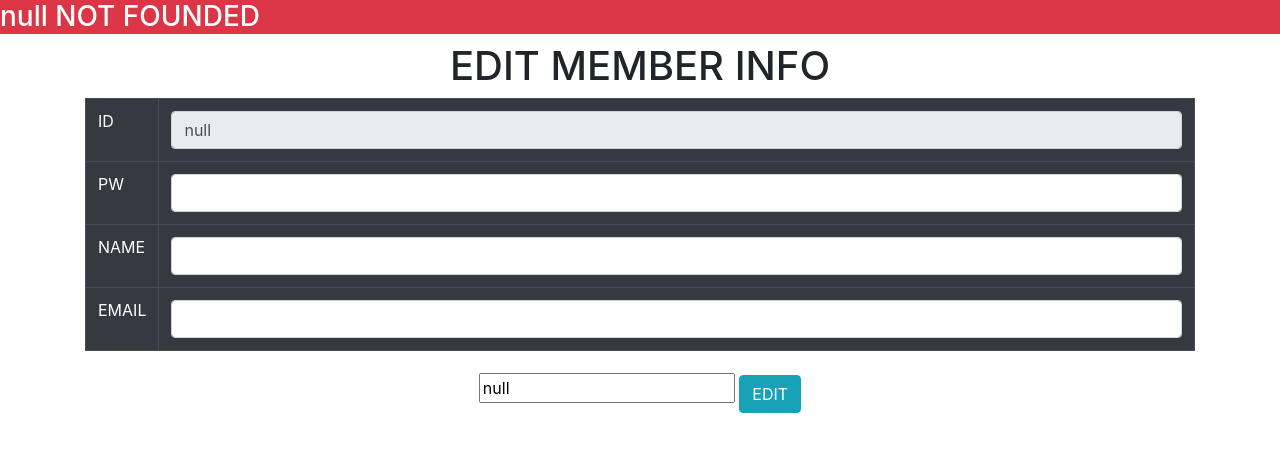
Repository: yeobleeme/06_jsp_basic
Page: http://localhost/jsp02_database/jsp02_updateForm.jsp
The author's editor kept a copy of each file at every save. The page is drawn from the files as they stood at one save, then again after the next save.
The browser window is 1280 px wide. The pictures show the whole page.
The page is served by Tomcat 9. Other server files are loaded and not shown. Queries for data that is not in the repository find no rows.

Above is the page before, as saved 2023-05-16 03:02:25.
Console error (its wording comes from the project's code and is left out).

### jsp02_database/WebContent/jsp02_updateForm.jsp
<%@page import="java.sql.DriverManager"%>
<%@page import="java.sql.ResultSet"%>
<%@page import="java.sql.Statement"%>
<%@page import="java.sql.Connection"%>
<%@page language="java" contentType="text/html; charset=UTF-8" pageEncoding="UTF-8"%>
<%
	request.setCharacterEncoding("utf-8");
	String id = request.getParameter("id");
	String pw = "";
	String name = "";
	String email = "";

	Class.forName("org.mariadb.jdbc.Driver");
	Connection conn = null;
	Statement stmt = null;
	ResultSet rs = null;

	String url = "jdbc:mariadb://localhost:3306/jspstudy";
	String usr = "root";
	String pwd = "12345";
	String sql = "select * from member where id = '" + id + "'";

	try {
		conn = DriverManager.getConnection(url, usr, pwd);
		stmt = conn.createStatement();
		rs = stmt.executeQuery(sql);
		if(rs.next()) {
			pw = rs.getString("password");
			name = rs.getString("name");
			email = rs.getString("email");
		} else {
			out.println("<h3 class='bg-danger text-white'>" + id + " NOT FOUNDED</h3>");
		}
		} catch(Exception e) {
			out.println("<h3 class='bg-danger text-white'>DB connection failed</h3> <br />"
					+ e.getMessage());
		} finally {
			try {
				if(rs != null) rs.close();
				if(stmt != null) stmt.close();
				if(conn != null) conn.close();
			} catch(Exception e) {
				// dummy
			}
		}
%>
<!DOCTYPE html>
<html>
<head>
	<meta charset="UTF-8">
	<meta name="viewport" content="width=device-width, initial-scale=1, minimum-scale=1, maximum-scale=1">
  	<link href="https://cdn.jsdelivr.net/npm/bootstrap@4.5.2/dist/css/bootstrap.min.css" rel="stylesheet">
  	<script src="https://cdn.jsdelivr.net/npm/bootstrap@4.5.2/dist/js/bootstrap.bundle.min.js"></script>
	<title>Insert title here</title>
</head>
<body>
	<div class="container" align="center">
		<h1>EDIT MEMBER INFO</h1>

		<form action="jsp02_updateMember.jsp" method="post">
		<!-- id, password, name, email -->
		<table class="table table-bordered table-dark table-hover">
			<tr>
				<td width="20">ID</td>
				<td><input type="text" name="id" class="form-control" size="30" disabled value="<%= id %>"></td>
			</tr>
			<tr>
				<td>PW</td>
				<td><input type="password" name="pw" class="form-control" size="30" value="<%= pw %>"></td>
			</tr>
			<tr>
				<td>NAME</td>
				<td><input type="text" name="name" class="form-control" size="30" value="<%= name %>"></td>
			</tr>
			<tr>
				<td>EMAIL</td>
				<td><input type="text" name="email" class="form-control" size="30" value="<%= email %>"></td>
			</tr>
		</table>
			<input type="text" name="id" value="<%= id %>"/>
			<input type="submit" class="btn btn-info mt-sm-2" value="EDIT"/>
		</form>

	</div>
</body>
</html>

After the next save:
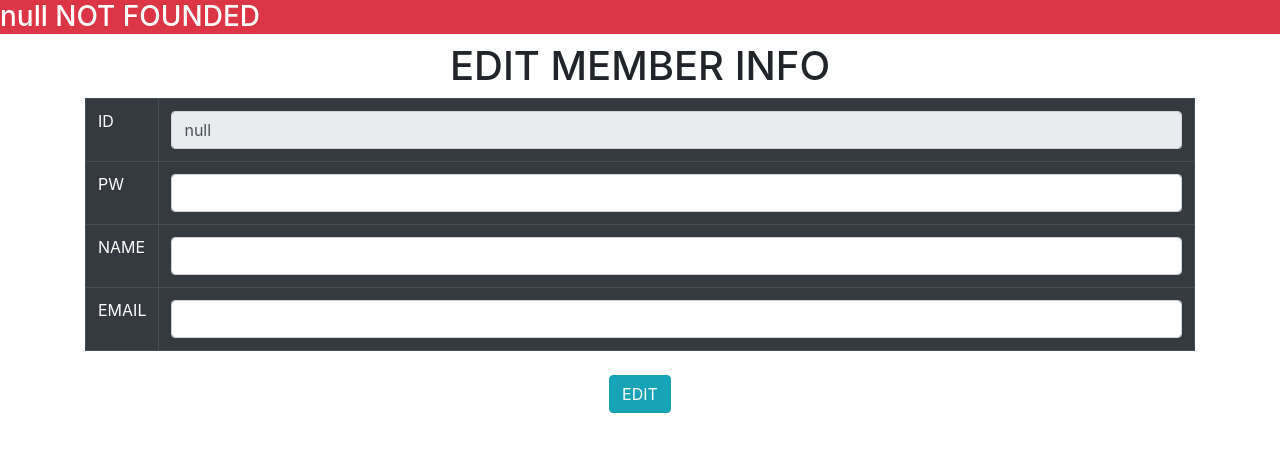
Saved 70 s later.
--- a/jsp02_database/WebContent/jsp02_updateForm.jsp
+++ b/jsp02_database/WebContent/jsp02_updateForm.jsp
@@ -77,7 +77,7 @@
 				<td><input type="text" name="email" class="form-control" size="30" value="<%= email %>"></td>
 			</tr>
 		</table>
-			<input type="text" name="id" value="<%= id %>"/>
+			<input type="hidden" name="id" value="<%= id %>"/>
 			<input type="submit" class="btn btn-info mt-sm-2" value="EDIT"/>
 		</form>
 
